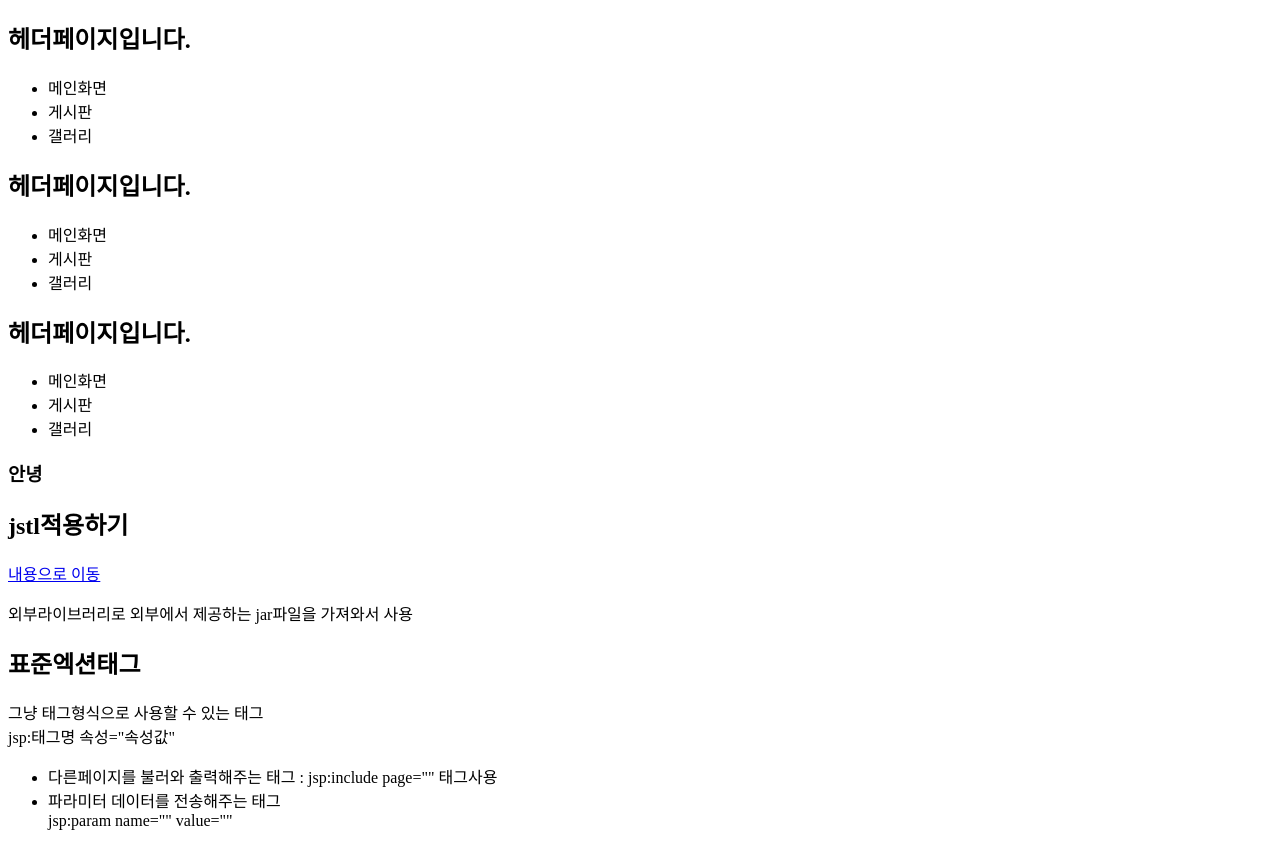
Repository: yongmin0309/mybatis1
Page: http://localhost/eL_JSTL/
The author's editor kept a copy of each file at every save. The page is drawn from the files as they stood at one save, then again after the next save.
The browser window is 1280 px wide. The pictures show the whole page.
The page is served by Tomcat 9. Other server files are loaded and not shown.

Above is the page before, as saved 2024-04-20 05:23:27.

### work/eL_JSTL/src/main/webapp/index.jsp
<%@ page language="java" contentType="text/html; charset=UTF-8"
    pageEncoding="UTF-8"%>
<!-- 이용할 jstl태그를 선언해야함 -->
<%@ taglib prefix="c" uri="http://java.sun.com/jsp/jstl/core" %>
<%@ taglib prefix="fmt" uri="http://java.sun.com/jsp/jstl/fmt" %>
<%@ include file="/views/common/header.jsp" %>
<jsp:include page="/views/common/header.jsp"/>
<!DOCTYPE html>
<html>
<head>
<meta charset="UTF-8">
<title>jstl</title>
</head>
<body>
	<h2>헤더페이지입니다.</h2>
	<ul>
		<li>메인화면</li>
		<li>게시판</li>
		<li>갤러리</li>
	</ul>


	<h3><%=name %></h3>
	<h2>jstl적용하기</h2>
	<a href="views/content.jsp">내용으로 이동</a>
	<p>외부라이브러리로 외부에서 제공하는 jar파일을 가져와서 사용</p>

	<h2>표준엑션태그</h2>
	<p>
		그냥 태그형식으로 사용할 수 있는 태그<br>
		jsp:태그명 속성="속성값"
	</p>

	<ul>
		<li>
			다른페이지를 불러와 출력해주는 태그 : jsp:include  page="" 태그사용
		</li>
		<li>
			파라미터 데이터를 전송해주는 태그 <br>
			jsp:param name="" value=""
		</li>
	</ul>
</body>
</html>

### work/eL_JSTL/src/main/webapp/views/common/header.jsp
<%@ page language="java" contentType="text/html; charset=UTF-8"
    pageEncoding="UTF-8"%>
<%
	String name="안녕";
%>
<!DOCTYPE html>
<html>
<head>
<meta charset="UTF-8">
<title>근명고등학교</title>
</head>
<body>
	<h2>헤더페이지입니다.</h2>
	<ul>
		<li>메인화면</li>
		<li>게시판</li>
		<li>갤러리</li>
	</ul>

After the next save:
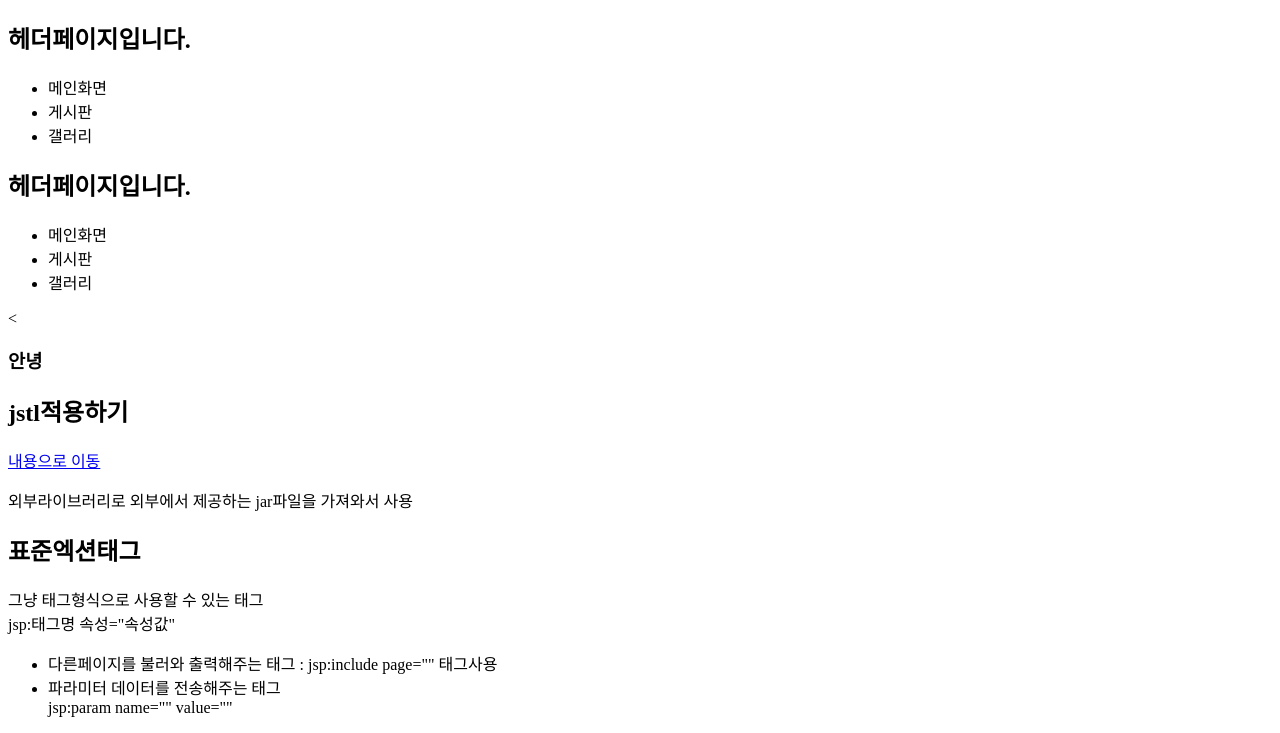
Saved 26 s later.
--- a/work/eL_JSTL/src/main/webapp/index.jsp
+++ b/work/eL_JSTL/src/main/webapp/index.jsp
@@ -5,7 +5,7 @@
 <%@ taglib prefix="fmt" uri="http://java.sun.com/jsp/jstl/fmt" %>
 <%@ include file="/views/common/header.jsp" %>
 <jsp:include page="/views/common/header.jsp"/>
-<!DOCTYPE html>
+<!-- !DOCTYPE html>
 <html>
 <head>
 <meta charset="UTF-8">
@@ -17,7 +17,7 @@
 		<li>메인화면</li>
 		<li>게시판</li>
 		<li>갤러리</li>
-	</ul>
+	</ul>  --><
 
 
 	<h3><%=name %></h3>
